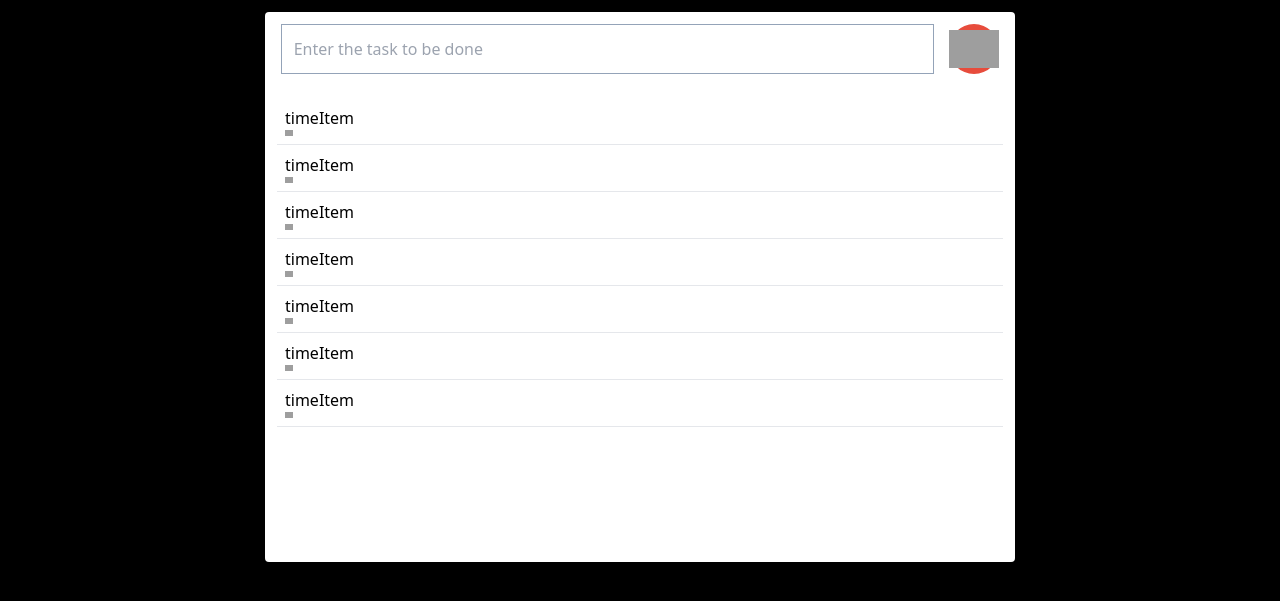
Repository: duttasayan835/todo-app-with-React-and-tailwind-CSS
Page: /, after clicking the first element matching `div.cursor-pointer`
The author's editor kept a copy of each file at every save. The page is drawn from the files as they stood at one save, then again after the next save.
The browser window is 1280 px wide. The pictures show the whole page.
Pictures or frames that could not be fetched are drawn as grey boxes. The project was rebuilt for these pictures with package versions that can differ from the ones it lists, and the page was loaded fresh each time.

Above is the page before, as saved 2024-06-12 13:04:23.

### src/App.js
import Box from "./Components/Box";
import Input from "./Components/Input";

function App() {
  return (
    <div className="h-screen p-3 bg-black ">
      <div className="max-w-[750px] min-h-[550px] shadow-2xl bg-white mx-auto rounded">
        <Input />
        <Box />
      </div>
    </div>
  );
}
export default App;

### src/Components/Box.jsx
import React from "react";
import Item from "./Item";

export default function Box() {
  return (
    <div className="p-3">
      <Item />
      <Item />
      <Item />
      <Item />
      <Item />
      <Item />
      <Item />
    </div>
  );
}

### src/Components/Input.jsx
import React from "react";

export default function Input() {
  return (
    <div className="flex justify-around gap-2 p-3">
      <input
        placeholder="Enter the task to be done"
        className=" w-[90%] p-3 border border-slate-400 focus:outline-none"
        type="text"
        aria-label="INPUT-TASK"
      />
      <div className="cursor-pointer w-[50px] h-[50px] bg-[#e74c3c] text-white text-3xl rounded-[50%] flex justify-center items-center ">
        <img
          src="https://cdn4.iconfinder.com/data/icons/ios-optimized-1/30/add__create__new__addition__buttons__more__round-1024.png"
          alt="add"
        />
      </div>
    </div>
  );
}

### src/Components/Item.jsx
import React from "react";

export default function Item() {
  return (
    <div className="w-full p-2 border-b">
      <div>
        <span>time</span>
        <span>Item</span>
      </div>
      <div>
        <img
          className="w-2"
          src="https://icon-library.com/images/trash-icon-vector/trash-icon-vector-19.jpg"
          alt="trash"
        />
      </div>
    </div>
  );
}

Loaded but not shown: public/index.html (common file); src/index.js (common file); src/index.css (common file); src/reportWebVitals.js (common file); tailwind.config.js (common file)

After the next save:
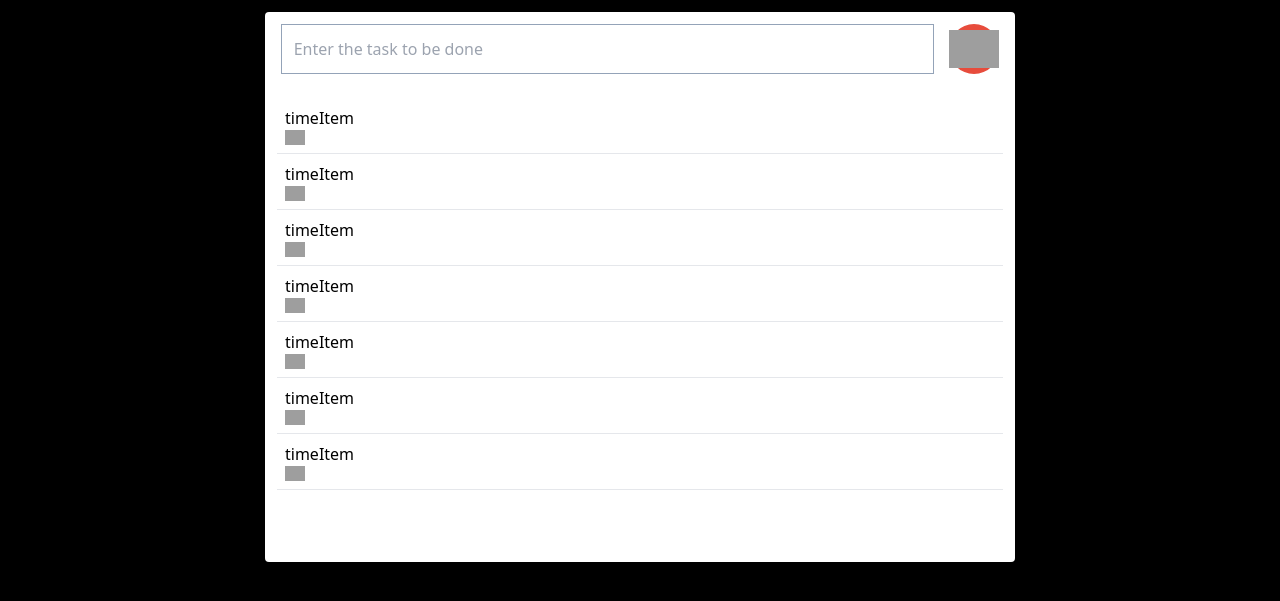
Saved 7 s later.
--- a/src/Components/Item.jsx
+++ b/src/Components/Item.jsx
@@ -9,7 +9,7 @@ export default function Item() {
       </div>
       <div>
         <img
-          className="w-2"
+          className="w-5"
           src="https://icon-library.com/images/trash-icon-vector/trash-icon-vector-19.jpg"
           alt="trash"
         />
